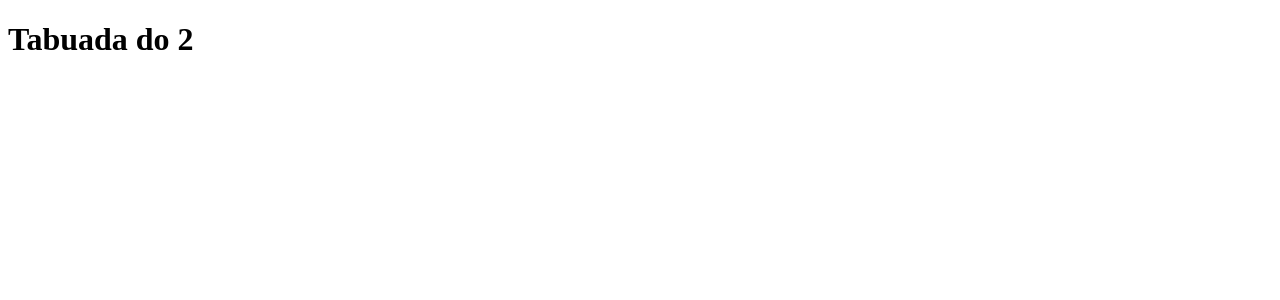
Repository: brulogatti/OPT
Page: http://localhost/ProjAula2/tabuada.jsp
These files come from the project's save history. The page is drawn as it stood at one moment and after the next save; the edit follows.
The browser window is 1280 px wide. The pictures show the whole page.
The page is served by Tomcat 9.

Above is the page before, as saved 2018-08-14 23:18:32.

After the next save:
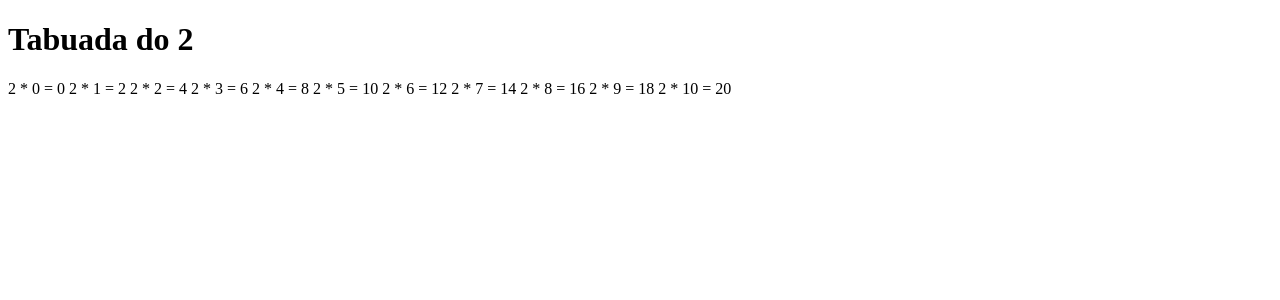
Saved 3 min 32 s later.
--- a/ProjAula2/WebContent/tabuada.jsp
+++ b/ProjAula2/WebContent/tabuada.jsp
@@ -10,11 +10,10 @@
 
 <h1>Tabuada do 2 </h1>
 <%
-
-for(int i=0; i<=10; i++){
-	System.out.println("2 * " + i + " = " + i*2);
+for(int i=0; i<=10; i++){%>
+	2 * <%=i%> = <%=i*2%>
+<%
 }
-
 %>
 
 </body>
